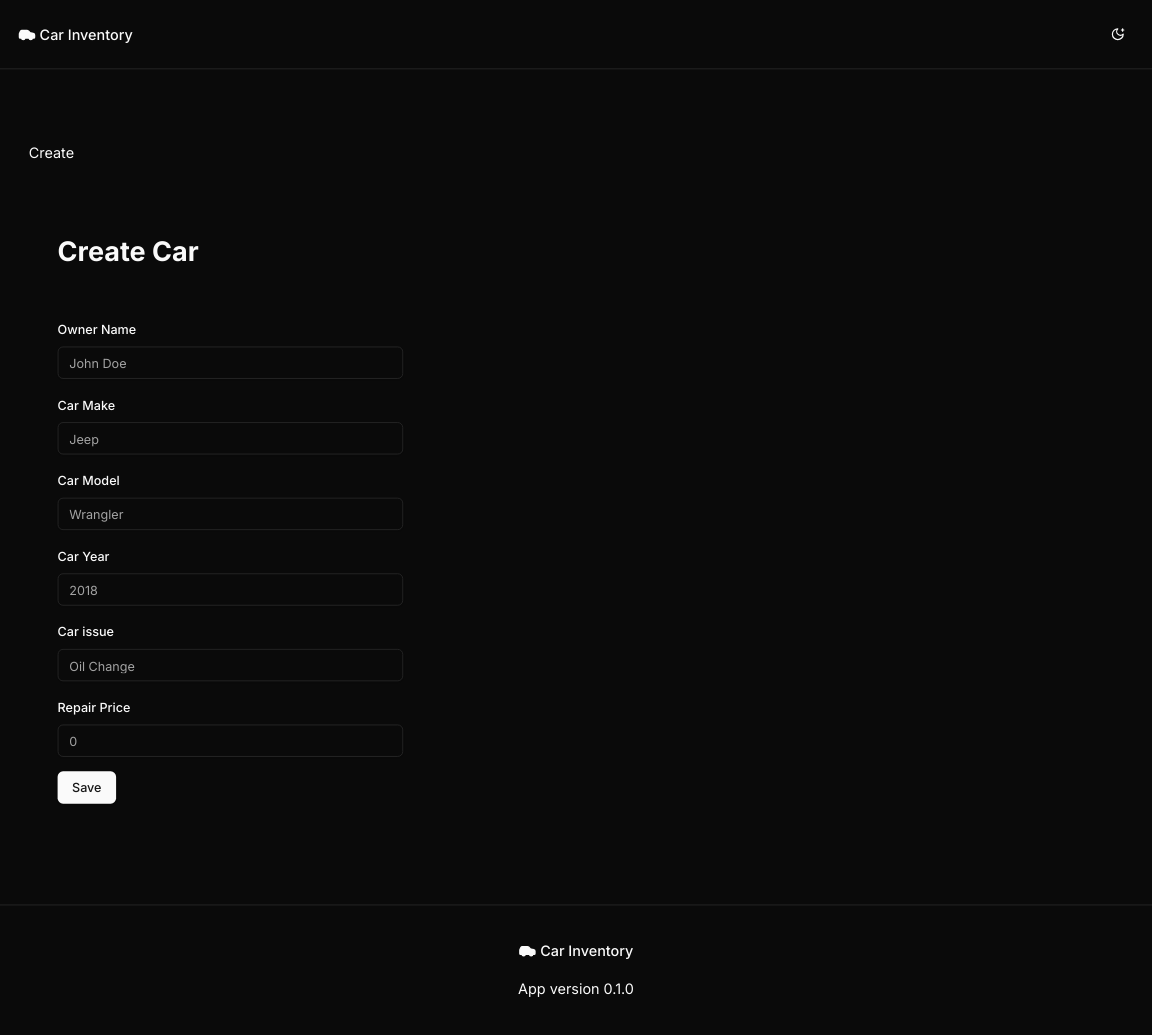
Repository: tushcmd/car-inventory
Page: /create (app in frontend/)
An editor plug-in stored every save of this project. The page is shown before and after the next save, followed by the edit.
The browser window is 1280 px wide. The pictures show the whole page, at 90% of full size.
The project was rebuilt for these pictures with package versions that can differ from the ones it lists, and the page was loaded fresh each time. The framework's server and built-in components were replaced by stand-ins that run in the browser. Also part of the build but not shown: frontend/next.config.mjs.

Above is the page before, as saved 2024-05-15 03:52:17.

After the next save:
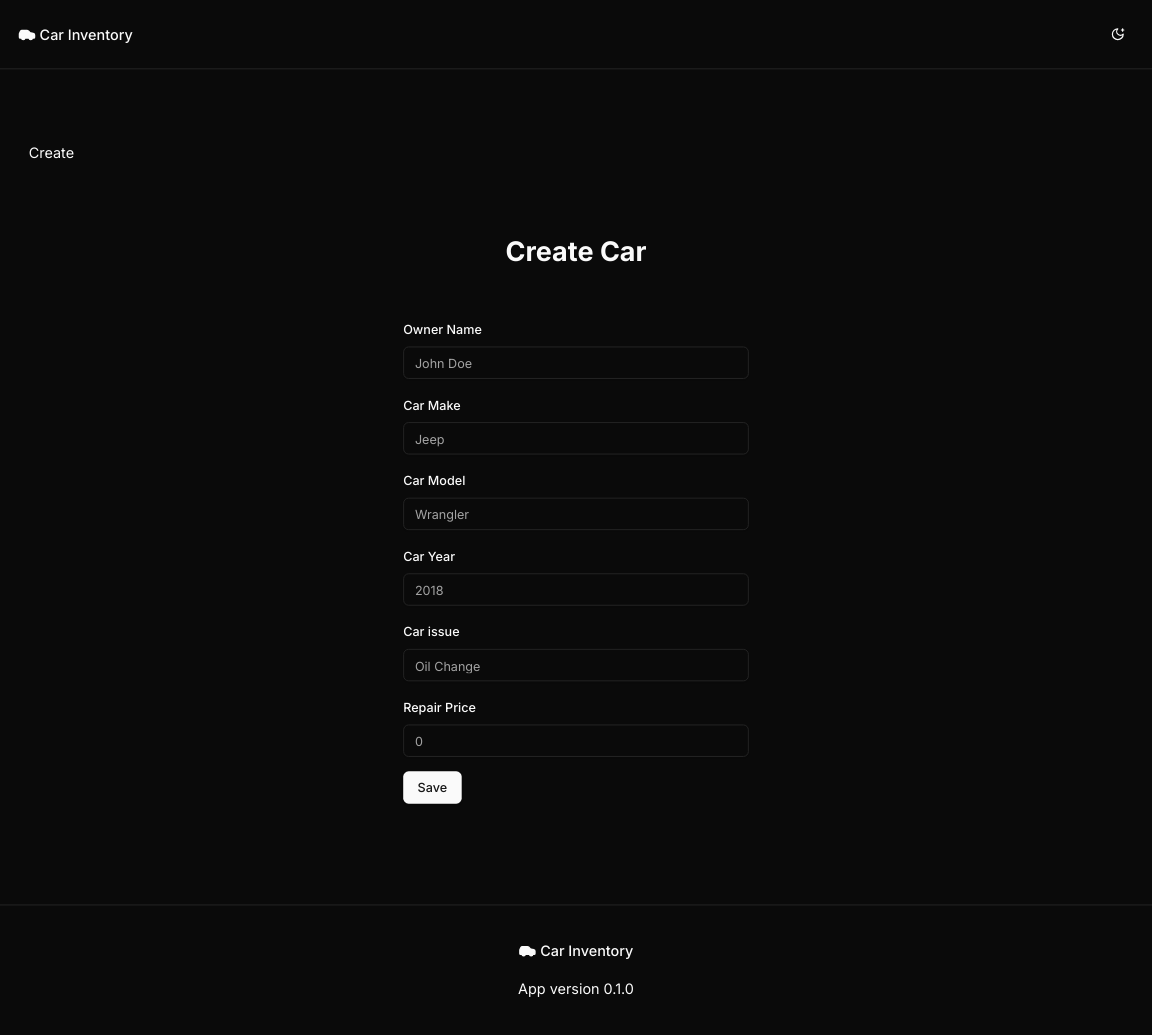
Saved 56 s later.
--- a/frontend/components/create-car.tsx
+++ b/frontend/components/create-car.tsx
@@ -69,7 +69,7 @@ export default function CreateCar () {
 
 
   return (
-    <div className="container flex flex-col gap-6 mx-auto">
+    <div className="container flex flex-col gap-6 mx-auto items-center justify-center">
 
       <h1 className="text-3xl font-bold">Create Car</h1>
       <Form {...form}>
